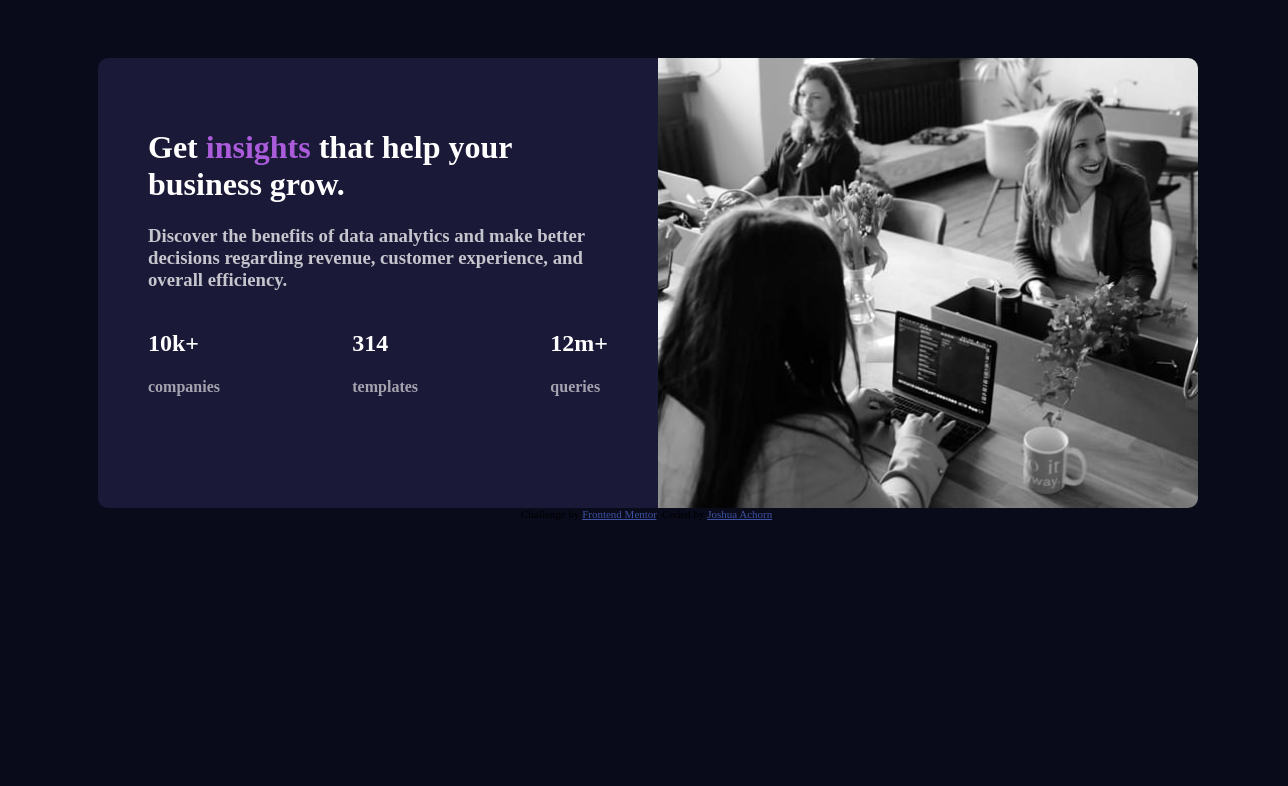
Repository: Achorn/stats-preview-card
Page: index.html
The author's editor kept a copy of each file at every save. The page is drawn from the files as they stood at one save, then again after the next save.
The browser window is 1280 px wide. The page is 1288 px wide, so the pictures cover 1288 px, including what lies to the right of the window. The pictures show the whole page.
Some web fonts or font styles are not loaded; a fallback is used.

Above is the page before, as saved 2021-06-16 20:40:02.

### index.html
<!DOCTYPE html>
<html lang="en">
  <head>
    <meta charset="UTF-8" />
    <meta name="viewport" content="width=device-width, initial-scale=1.0" />
    <!-- displays site properly based on user's device -->
    <link rel="stylesheet" href="https://fonts.google.com/specimen/Inter" />
    <link
      rel="stylesheet"
      href="https://fonts.google.com/specimen/Lexend+Deca"
    />

    <link rel="stylesheet" href="styles.css" />
    <link
      rel="icon"
      type="image/png"
      sizes="32x32"
      href="./images/favicon-32x32.png"
    />

    <title>Frontend Mentor | Stats preview card component</title>

    <!-- Feel free to remove these styles or customise in your own stylesheet 👍 -->
    <style>
      .attribution {
        font-size: 11px;
        text-align: center;
      }
      .attribution a {
        color: hsl(228, 45%, 44%);
      }
    </style>
  </head>
  <body>
    <div id="card-container">
      <div id="text-container">
        <div id="title-container">
          <h1 id="title">
            Get <span style="color: hsl(277, 64%, 61%)">insights</span> that
            help your business grow.
          </h1>
          <h3 id="sub">
            Discover the benefits of data analytics and make better decisions
            regarding revenue, customer experience, and overall efficiency.
          </h3>
        </div>

        <div id="desc-container">
          <div id="desc">
            <h2>10k+</h2>
            <h4 id="stat">companies</h4>
          </div>
          <div id="desc">
            <h2>314</h2>
            <h4 id="stat">templates</h4>
          </div>
          <div id="desc">
            <h2>12m+</h2>
            <h4 id="stat">queries</h4>
          </div>
        </div>
      </div>
      <div id="img-container">
        <img id="stat-image" src="./images/image-header-desktop.jpg" alt="" />
      </div>
    </div>
    <div class="attribution">
      Challenge by
      <a href="https://www.frontendmentor.io?ref=challenge" target="_blank"
        >Frontend Mentor</a
      >. Coded by <a href="#">Joshua Achorn</a>.
    </div>
  </body>
</html>

### styles.css
body {
  padding-top: 50px;
  width: 100%;
  /* background-color: white; */
  background-color: hsl(233, 47%, 7%);
  height: 100vh;
  /* display: flex;
  flex-direction: column;
  justify-content: center;
  align-items: center; */
  text-align: center;
}

#card-container {
  text-align: left;
  margin: 0 auto;
  overflow: hidden;
  border-radius: 10px;
  width: 90%;
  max-width: 1100px;
  color: white;
  background-color: hsl(244, 38%, 16%);
  display: flex;
}

#text-container {
  padding: 50px;
}
#sub {
  color: hsla(0, 0%, 100%, 0.75);
}
#desc-container {
  display: flex;
  justify-content: space-between;
  flex-wrap: wrap;
}

#stat {
  color: hsla(0, 0%, 100%, 0.6);
}
#img-container {
  position: relative;
  z-index: 1;
  /* background: hsl(277, 64%, 61%); */
  margin: 0px;
  display: inline-block;
}
img {
  position: relative;
  z-index: 0;
  width: auto;
  height: 100%;
  /* opacity: 0.5; */
}

@media screen and (max-width: 1000px) {
  #card-container {
    max-width: 600px;
    text-align: center;
    width: 90%;
    flex-direction: column-reverse;
  }
  img {
    width: 100%;
    height: auto;
  }
}

@media screen and (max-width: 500px) {
  #desc-container {
    flex-direction: column;
    justify-content: center;
  }
}

After the next save:
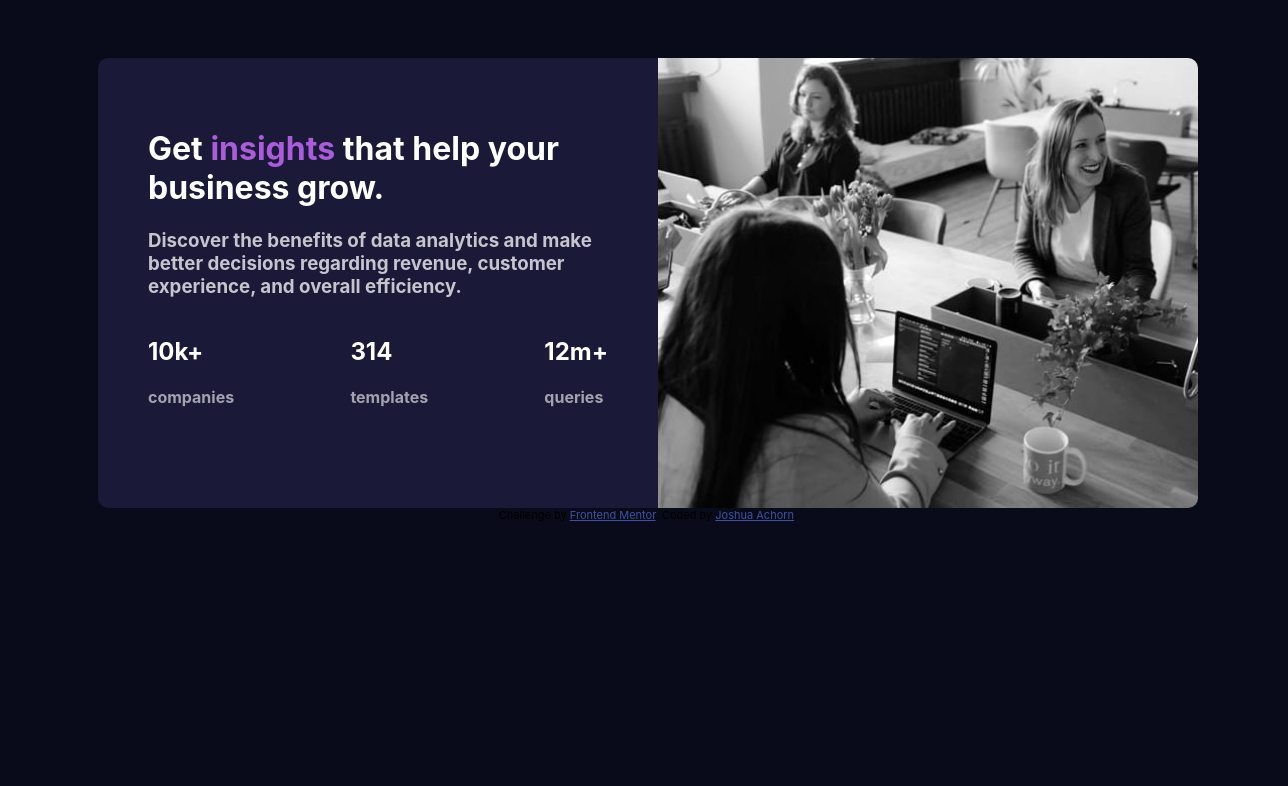
Saved 52 s later.
--- a/styles.css
+++ b/styles.css
@@ -2,6 +2,7 @@ body {
   padding-top: 50px;
   width: 100%;
   /* background-color: white; */
+  font-family: "Inter", sans-serif;
   background-color: hsl(233, 47%, 7%);
   height: 100vh;
   /* display: flex;
